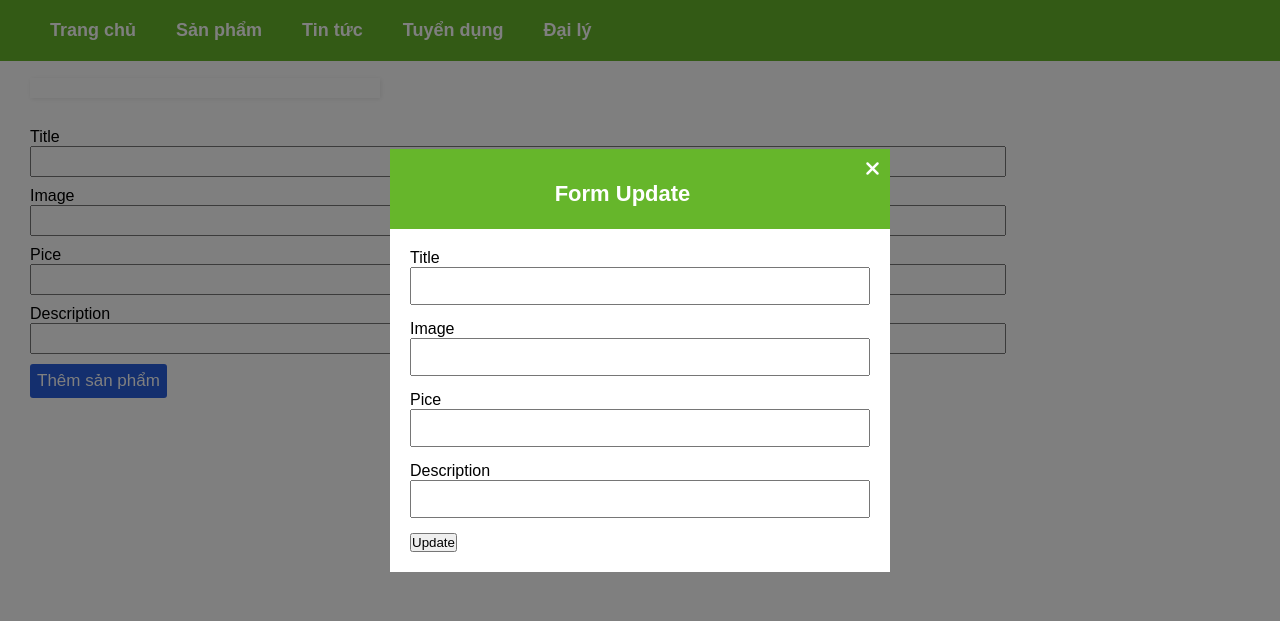
Repository: Ngoc28/CURD_HTML-CSS_JS_JSON
Page: index.html
An editor plug-in stored every save of this project. The page is shown before and after the next save, followed by the edit.
The browser window is 1280 px wide. The pictures show the whole page.
The page's requests for data from a server got no answer.

Above is the page before, as saved 2023-04-11 09:52:45.

After the next save:
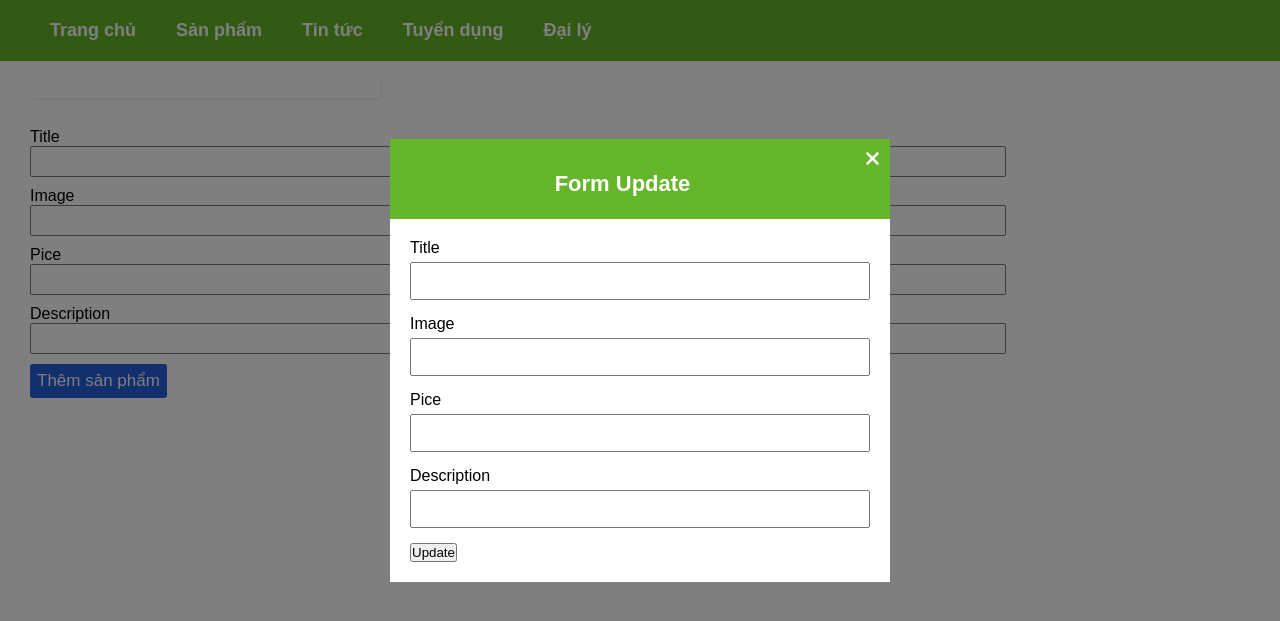
Saved 16 s later.
--- a/asset/css/style.css
+++ b/asset/css/style.css
@@ -222,6 +222,7 @@ body {
 
 .form-2 label {
     display: block;
+    margin-bottom: 5PX;
 }
 
 .form-2 input {
